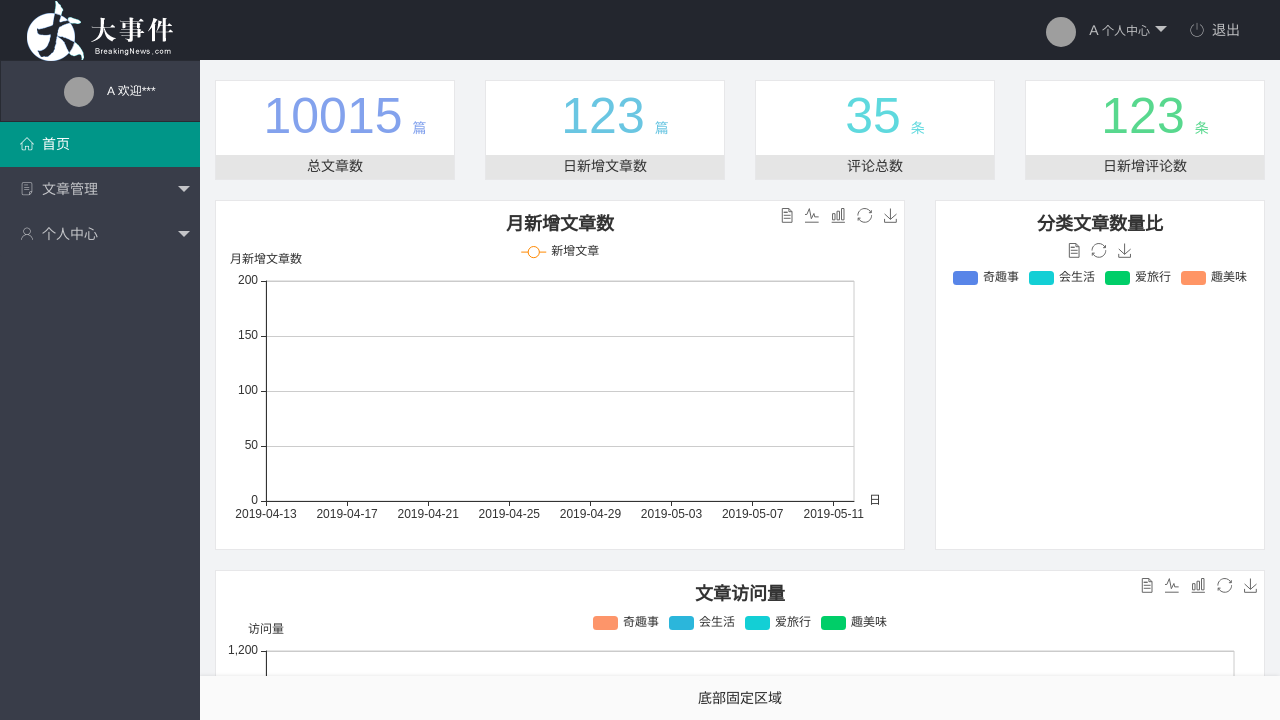
Repository: 1zhoukexin/web_aad
Page: index.html
These files come from the project's save history. The page is drawn as it stood at one moment and after the next save; the edit follows.
The browser window is 1280 px wide. The pictures show the whole page.
Pictures or frames that could not be fetched are drawn as grey boxes.

Above is the page before, as saved 2021-04-16 21:07:17.

After the next save:
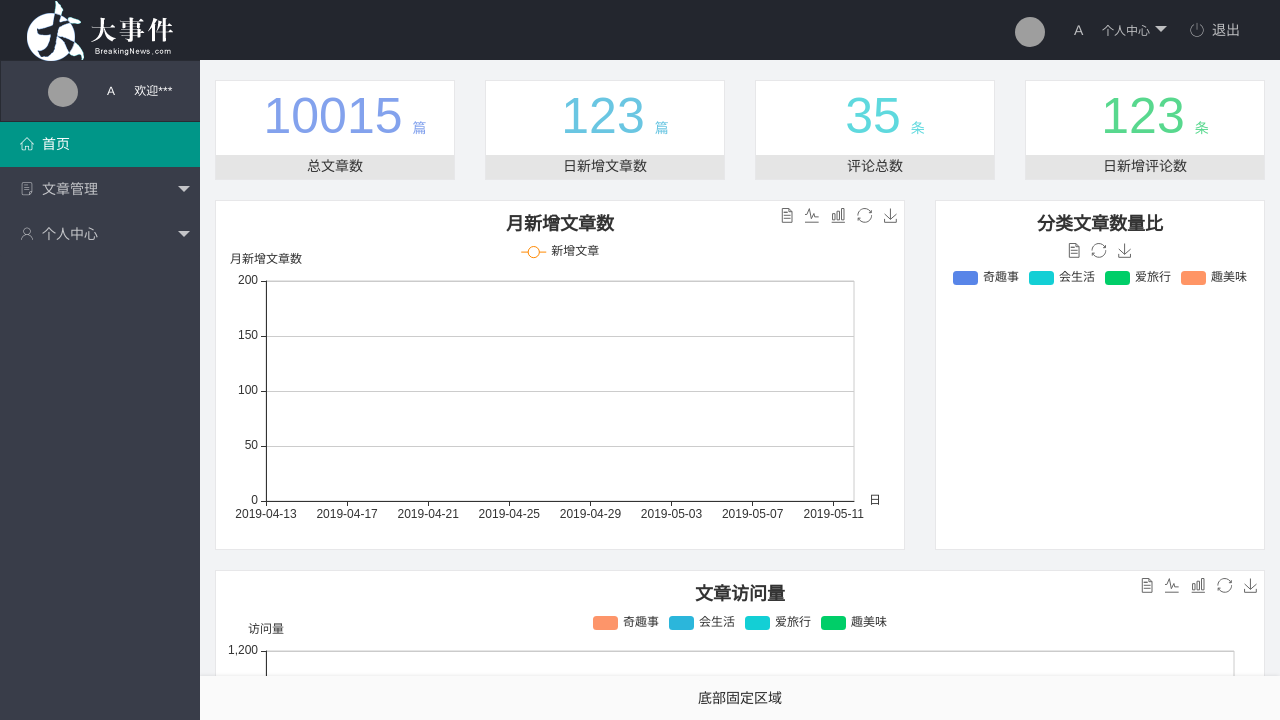
Saved 37 s later.
--- a/assets/css/index.css
+++ b/assets/css/index.css
@@ -35,3 +35,9 @@ a {
 .layui-side-scroll .userinfo {
     border: solid 1px #282b33;
 }
+
+.text-avatar {
+    display: inline-block;
+    width: 40px;
+    height: 40px;
+}
